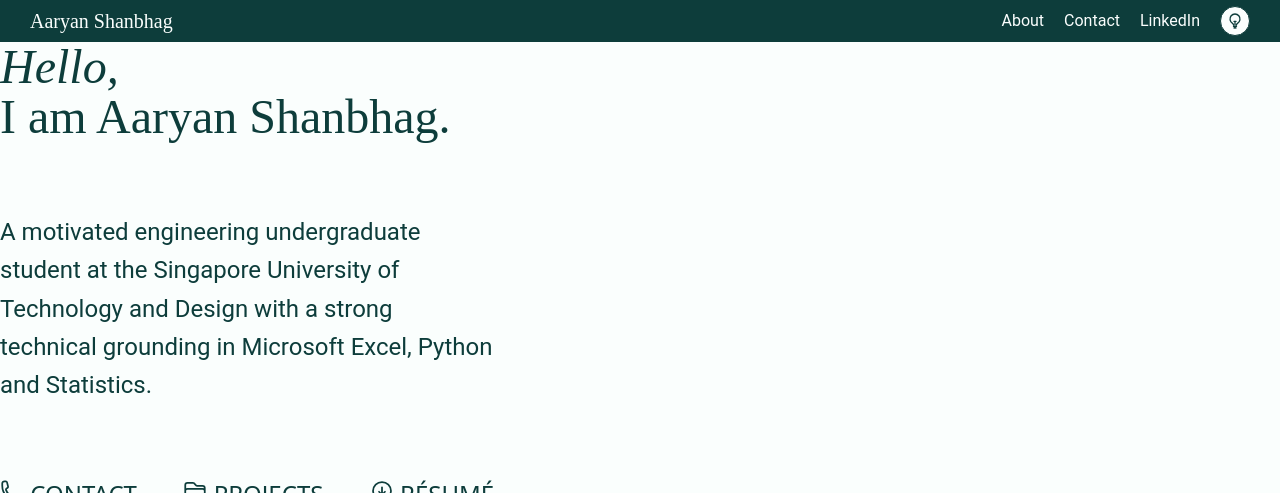
Repository: aaryanshb/portfolio_website
Page: index.html
These files come from the project's save history. The page is drawn as it stood at one moment and after the next save; the edit follows.
The browser window is 1280 px wide. The pictures show the part of the page from y = 0 to 493 px (the page is 974 px tall before and 1008 px after).
A picture or video elsewhere on the page could not be fetched, so the positions and the page height are approximate. Some web fonts or font styles are not loaded; a fallback is used.

Above is the page before, as saved 2025-12-15 16:53:20.

After the next save:
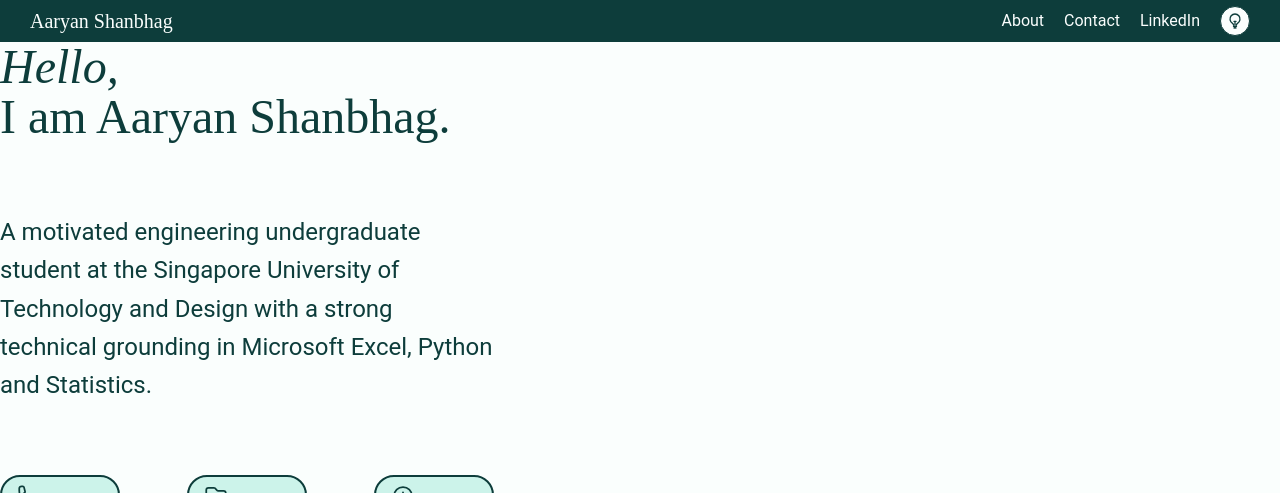
Saved 9 s later.
--- a/styles.css
+++ b/styles.css
@@ -226,7 +226,7 @@ h3 {
 }
 */
 
-#hero .btn {
+.hero .btn {
 
     border: 2px solid var(--text);
     background: var(--ui-2);
